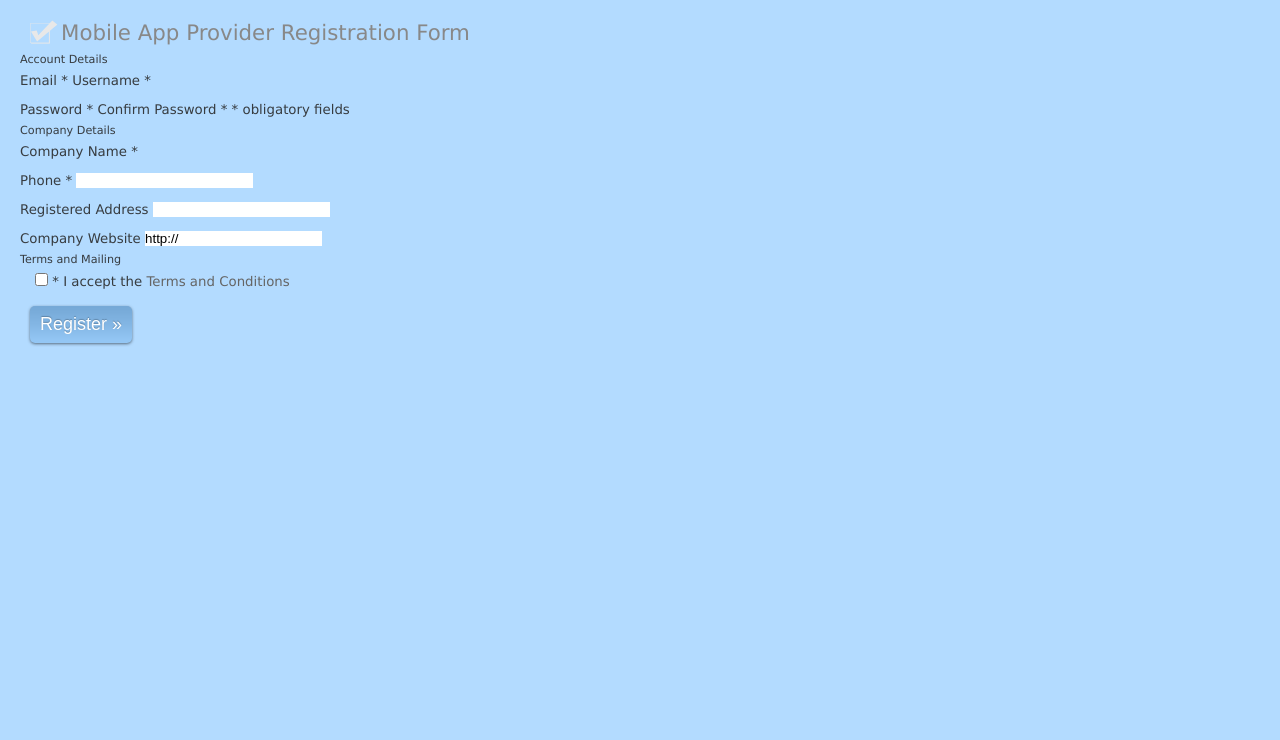
Repository: Bindu1006/CrowdTester
Page: http://localhost/CrowdTesterProject/jsp/AppProviderRegistrationPage.jsp
An editor plug-in stored every save of this project. The page is shown before and after the next save, followed by the edit.
The browser window is 1280 px wide. The pictures show the whole page.
The page is served by Tomcat 9. Other server files are loaded and not shown.

Above is the page before, as saved 2015-11-25 00:39:23.

### CrowdTesterProject/WebContent/jsp/AppProviderRegistrationPage.jsp
<!DOCTYPE html PUBLIC "-//W3C//DTD XHTML 1.0 Strict//EN" "http://www.w3.org/TR/xhtml1/DTD/xhtml1-strict.dtd">
<html xmlns="http://www.w3.org/1999/xhtml" xml:lang="en" lang="en">
    <head>
        <title>Mobile App Provider Registration Form</title>
        <meta http-equiv="Content-Type" content="text/html; charset=utf-8"/>
        <link rel="stylesheet" type="text/css" href="../css/Registration.css"/>
    </head>
    <body>
        <form:form method="post" modelAttribute="testerDetails" action="registerAppProvider.do" class="register">
            <h1>Mobile App Provider Registration Form</h1>
            <fieldset class="row1">
                <legend>Account Details
                </legend>
                <p>
                    <label>Email *
                    </label>
                    <form:input path="email" placeholder="EMAIL"/>
                    <label>Username *
                    </label>
                    <form:input path="userName" placeholder="Username"/>
                </p>
                <p>
                    <label>Password *
                    </label>
                    <form:input path="password" placeholder="Password"/>
                    <label>Confirm Password *
                    </label>
                    <form:input path="confirmPassword" placeholder="Password"/>
                    <label class="obinfo">* obligatory fields
                    </label>
                </p>
            </fieldset>
            <fieldset class="row2">
                <legend>Company Details
                </legend>
                <p>
                    <label>Company Name *
                    </label>
                    <form:input path="companyName" placeholder="Company"/>
                </p>

                <p>
                    <label>Phone *
                    </label>
                    <input type="text" maxlength="10"/>
                </p>
                <p>
                    <label class="optional">Registered Address
                    </label>
                    <input type="text" class="long"/>
                </p>
                <p>
                    <label class="optional">Company Website
                    </label>
                    <input class="long" type="text" value="http://"/>

                </p>
            </fieldset>

            </fieldset>
            <fieldset class="row4">
                <legend>Terms and Mailing
                </legend>
                <p class="agreement">
                    <input type="checkbox" value=""/>
                    <label>*  I accept the <a href="SLA_AppProvider.txt">Terms and Conditions</a></label>
                </p>
            </fieldset>
            <div><button class="button">Register &raquo;</button></div>
        </form>
    </body>
</html>

### CrowdTesterProject/WebContent/css/Registration.css
*/*Set's border, padding and margin to 0 for all values*/
{
    padding: 0;
    margin: 0;
    border: 0;
}
body, html {
    color: #373C40;
    font-family: Verdana,Arial, Helvetica, sans-serif;
    height: 100%;
    background-color: #b3dbff;
    margin:10px;
}
body {
    font-size: 70%;
}
p {
    padding: 7px 0 7px 0;
    font-weight: 500;
    font-size: 10pt;
}
a {
    color: #656565;
    text-decoration:none;
}
a:hover{
    color: #abda0f;
    text-decoration: none;
}
h1 {
    font-weight:200;
    color: #888888;
    font-size:16pt;
    background: transparent url(../images/h1.png) no-repeat center left;
    padding-left:33px;
    margin:7px 5px 8px 8px;
}
h4 {
    padding:1px;
    color: #ACACAC;
    font-size:9pt;
    font-weight:100;
    text-transform:uppercase;
}
form.register{
    width:800px;
    margin: 20px auto 0px auto;
    height:530px;
    background-color:#fff;
    padding:5px;
    -moz-border-radius:20px;
    -webkit-border-radius:20px;
}
form p{
    font-size: 8pt;
    clear:both;
    margin: 0;
    color:gray;
    padding:4px;
}
form.register fieldset.row1
{
    width:770px;
    padding:5px;
    float:left;
    border-top:1px solid #80c3ff;
    margin-bottom:15px;
}
form.register fieldset.row1 label{
    width:140px;
    float: left;
    text-align: right;
    margin-right: 6px;
    margin-top:2px;
}
form.register fieldset.row2
{
    border-top:1px solid #80c3ff;
    border-right:1px solid #80c3ff;
    height:220px;
    padding:5px;
    float:left;
}
form.register fieldset.row3
{
    border-top:1px solid #80c3ff;
    padding:5px;
    float:left;
    margin-bottom:15px;
    width:400px;
}
form.register fieldset.row4
{
    border-top:1px solid #80c3ff;
    border-right:1px solid #80c3ff;
    padding:5px;
    float:left;
    clear:both;
    width:500px;
}
form.register .infobox{
    float:right;
    margin-top:20px;
    border: 1px solid #80c3ff;
    padding:5px;
    width:380px;
    height:98px;
    font-size:9px;
    background: #FDFEFA url(images/bg_infobox.gif) repeat-x top left;
}
form.register legend
{
    color: #80c3ff;
    padding:2px;
    margin-left: 14px;
    font-weight:bold;
    font-size: 14px;
    font-weight:100;
}
form.register label{
    color:#444;
    width:98px;
    float: left;
    text-align: right;
    margin-right: 6px;
    margin-top:2px;
}
form.register label.optional{
    float: left;
    text-align: right;
    margin-right: 6px;
    margin-top:2px;
    color: #A3A3A3;
}
form.register label.obinfo{
    float:right;
    padding:3px;
    font-style:italic;
}
form.register input{
    width: 140px;
    color: #505050;
    float: left;
    margin-right: 5px;
}
form.register input.long{
    width: 247px;
    color: #505050;
}
form.register input.short{
    width: 40px;
    color: #505050;
}
form.register input[type=radio]
{
    float:left;
    width:15px;
}
form.register label.gender{
    margin-top:-1px;
    margin-bottom:2px;
    width:34px;
    float:left;
    text-align:left;
    line-height:19px;
}
form.register input[type=text]
{
    border: 1px solid #E1E1E1;
    height: 18px;
}
form.register input[type=password]
{
    border: 1px solid #E1E1E1;
    height: 18px;
}
.button
{
    background: #80c3ff url(images/overlay.png) repeat-x;
    padding: 8px 10px 8px;
    color: #fff;
    text-decoration: none;
    -moz-border-radius: 5px;
    -webkit-border-radius: 5px;
    -moz-box-shadow: 0 1px 3px rgba(0,0,0,0.5);
    -webkit-box-shadow: 0 1px 3px rgba(0,0,0,0.5);
    text-shadow: 0 -1px 1px rgba(0,0,0,0.25);
    cursor: pointer;
    float:left;
    font-size:18px;
    margin:10px;
}
form.register input[type=text].year
{
    border: 1px solid #E1E1E1;
    height: 18px;
    width:30px;
}
form.register input[type=checkbox] {
    width:14px;
    margin-top:4px;
}
form.register select
{
    border: 1px solid #80c3ff;
    width: 130px;
    float:left;
    margin-bottom:3px;
    color: #505050;
    margin-right:5px;
}
form.register select.date
{
    width: 40px;
}
input:focus, select:focus{
    background-color: #efffe0;
}
p.info{
    font-size:7pt;
    color: gray;
}
p.agreement{
    margin-left:15px;
}
p.agreement label{
    width:390px;
    text-align:left;
    margin-top:3px;
}

After the next save:
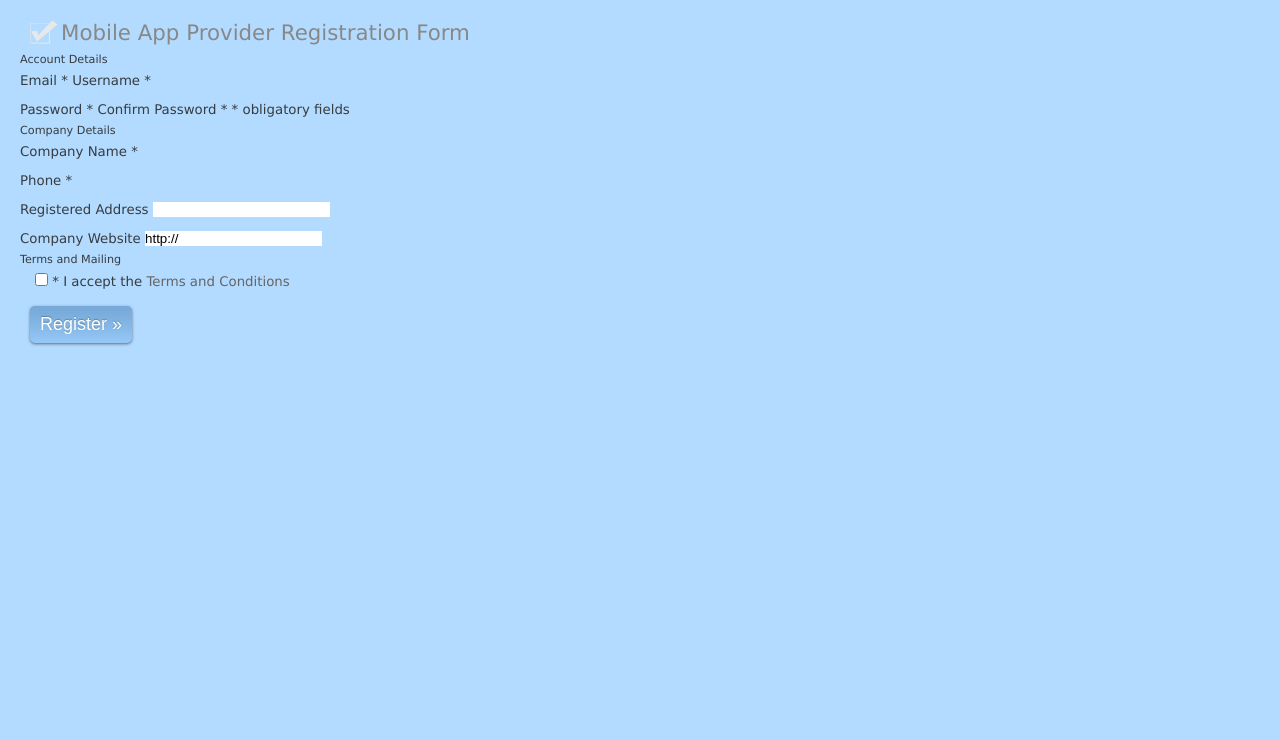
Saved 34 s later.
--- a/CrowdTesterProject/WebContent/jsp/AppProviderRegistrationPage.jsp
+++ b/CrowdTesterProject/WebContent/jsp/AppProviderRegistrationPage.jsp
@@ -42,7 +42,7 @@
                 <p>
                     <label>Phone *
                     </label>
-                    <input type="text" maxlength="10"/>
+                    <form:input path="phoneNumber" placeholder="Phone Number"/>
                 </p>
                 <p>
                     <label class="optional">Registered Address
